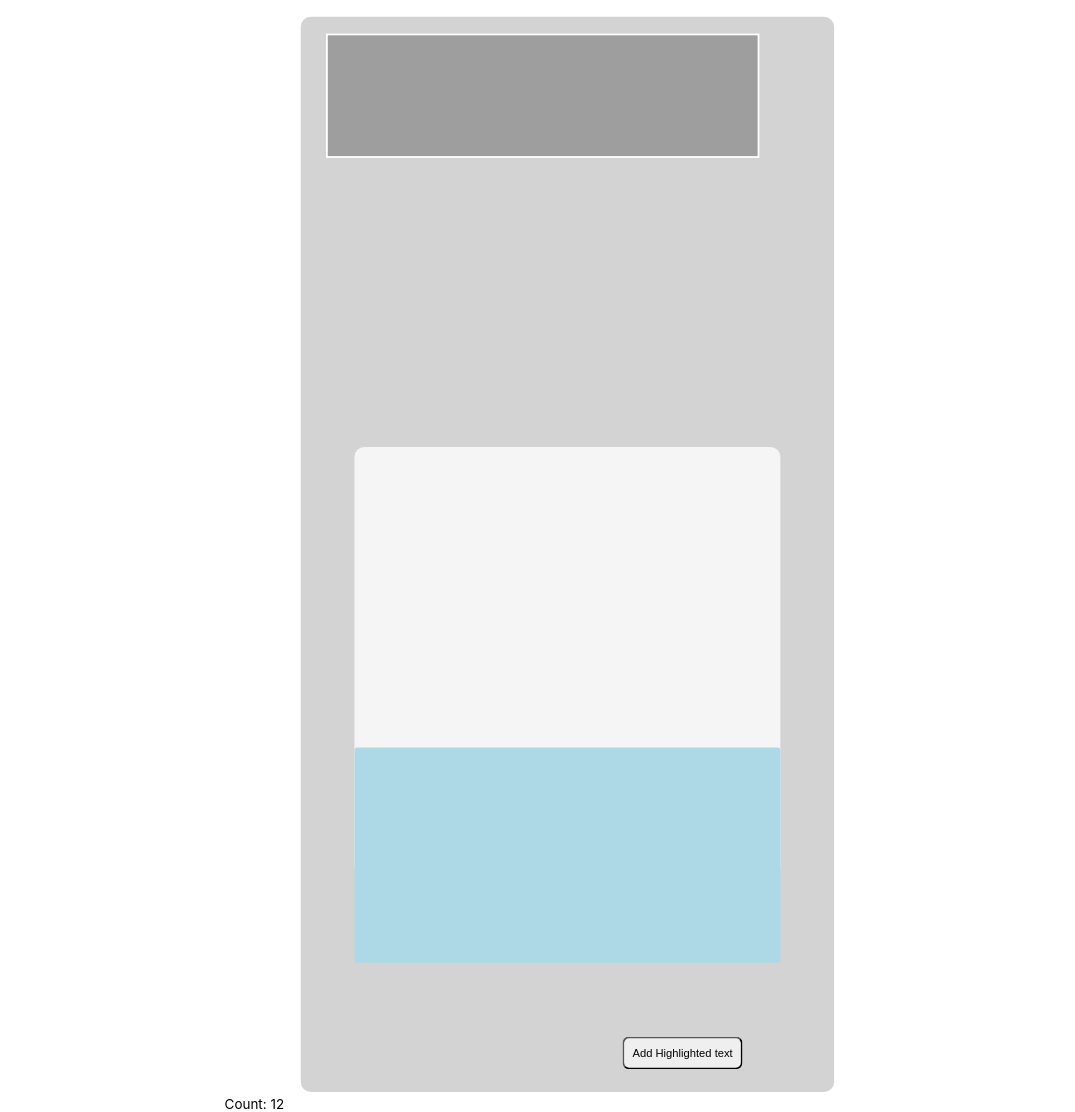
Repository: Farbod29/React-text-highlighter-with-hook-
Page: /
An editor plug-in stored every save of this project. The page is shown before and after the next save, followed by the edit.
The browser window is 1280 px wide. The pictures show the whole page, at 84% of full size.
Pictures or frames that could not be fetched are drawn as grey boxes. The project was rebuilt for these pictures with package versions that can differ from the ones it lists, and the page was loaded fresh each time.

Above is the page before, as saved 2022-02-18 23:13:12.

### src/App.js
import './App.css';
import Highlighter from './highlighter';
function App() {
  return (
    <div className="App">
      <Highlighter />
    </div>
  );
}

export default App;

### src/highlighter.js
import React, { useEffect, useState } from 'react';

export default function Highlighter() {
  let doit = () => {
    document.onmouseup = () => {
      console.log(window.getSelection().toString());
    };
  };
  const [count, setCount] = useState(12);
  return (
    <>
      Count: {count}
      {/* <button onClick={() => setCount((prevCount) => prevCount - 1)}>-</button> */}
      <div
        style={{
          padding: '0px 10px',
          height: '100vw',
          width: '48vw',
          margin: '20px',
          borderRadius: '12px',
          backgroundColor: '#D3D3D3',
          inline: true,
          fontColor: 'red',
          display: 'inline-block',
          textAlign: 'center',
          position: 'relative',
        }}
      >
        <img
          style={{
            height: '20vh',
            width: '40vw',
            position: 'absolute',
            border: '2px solid',
            borderColor: '#ffff',
            left: 30,
            top: 20,
          }}
          src="https://pfrias.couragecompanion.eu/storage/m/_v2/213604778138275840/4f8b684e5-e9314a/vlyvkRQwb3ew/u8hVvH5l5IFvha9MQyXCzPOYLo2SXG3bqIpv6vBg.png"
        ></img>
        <div
          style={{
            // textBox1
            padding: '0px 10px',
            backgroundColor: '#F5F5F5',
            height: '40vw',
            width: '38vw',
            left: '5vw',
            top: '40vw',
            borderRadius: '12px',
            position: 'absolute',
          }}
        />
        <div
          style={{
            // textBox
            padding: '0px 10px',
            backgroundColor: '#ADD8E6',
            height: '20vw',
            width: '38vw',
            left: '5vw',
            top: '68vw',
            borderRadius: '3px',
            position: 'absolute',
          }}
        />
        <div // parent of button
          style={{
            top: '500',
            position: 'absolute',
            bottom: '1vw',
            left: '24vw',
            right: '2vw',
            width: '23vw',
            height: '53px',
          }}
        >
          <button
            style={{ padding: '10px', borderRadius: '8px' }}
            onClick={() => setCount(12)}
          >
            {' '}
            Add Highlighted text{' '}
          </button>
        </div>
      </div>
      {doit()}
    </>
  );
}

Loaded but not shown: public/index.html (common file); src/index.js (common file); src/index.css (common file); src/reportWebVitals.js (common file); src/App.css (common file)

After the next save:
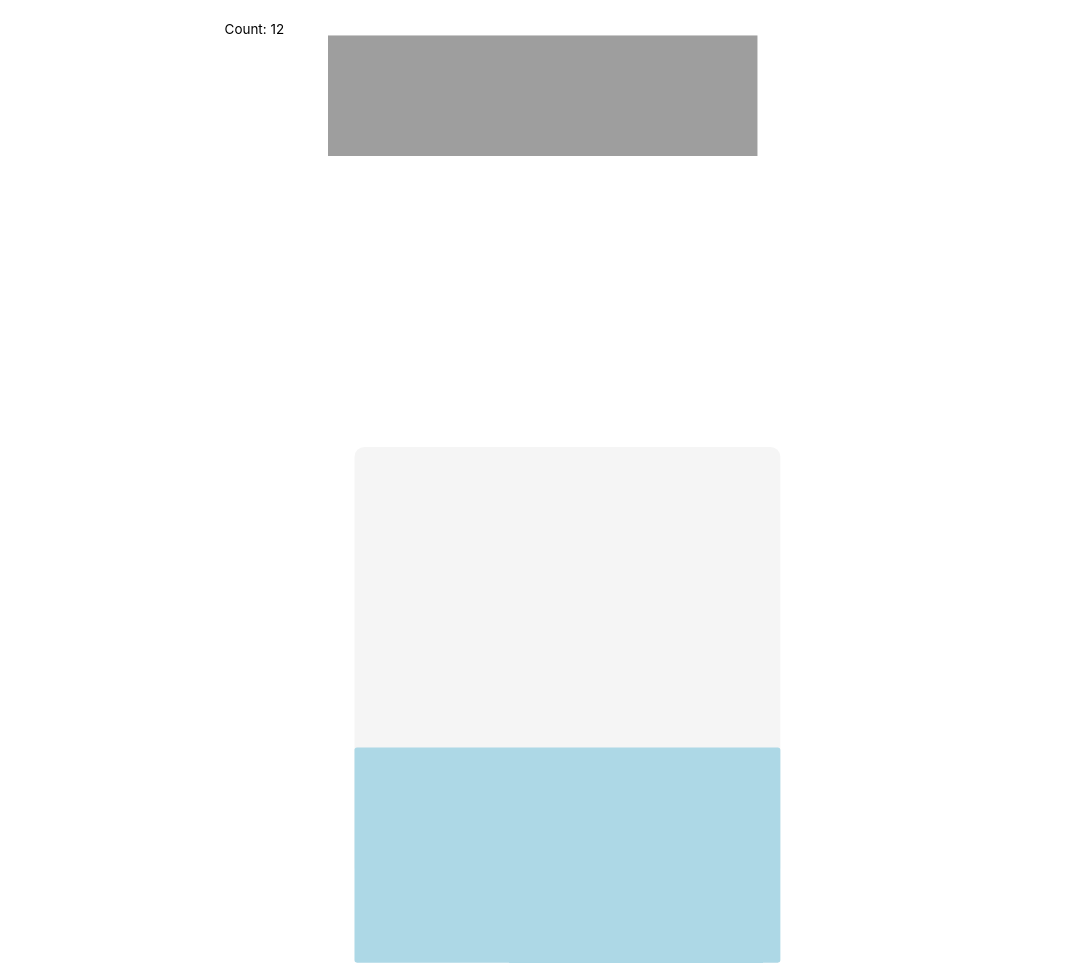
Saved 23 s later.
--- a/src/highlighter.js
+++ b/src/highlighter.js
@@ -14,7 +14,7 @@
       <div
         style={{
           padding: '0px 10px',
-          height: '100vw',
+          height: '50%',
           width: '48vw',
           margin: '20px',
           borderRadius: '12px',

After the 2 saves that followed:
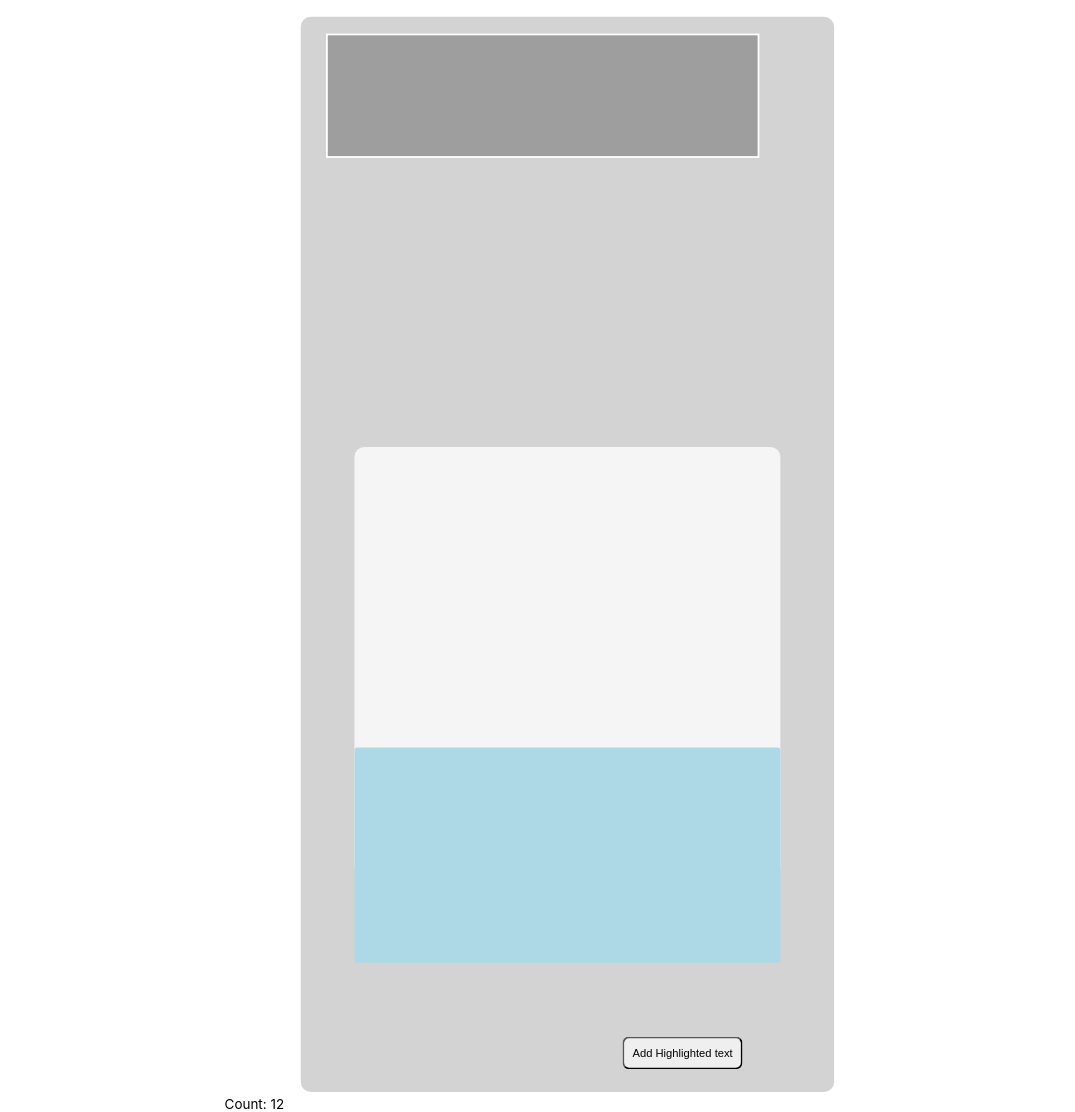
The 2 saves are shown as one change because 1 left the picture as it was.
The last was saved 8 s later.
--- a/src/highlighter.js
+++ b/src/highlighter.js
@@ -14,7 +14,7 @@
       <div
         style={{
           padding: '0px 10px',
-          height: '50%',
+          height: '100vw',
           width: '48vw',
           margin: '20px',
           borderRadius: '12px',
